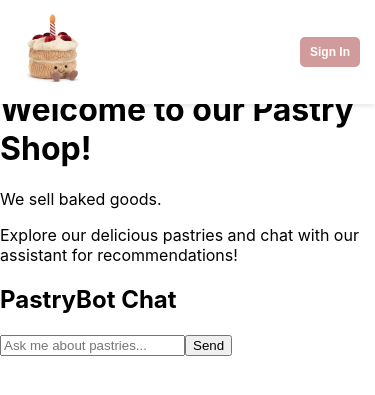
Repository: agrnerd17/Website-Chatbot
Page: / (app in pastry-chatbot/)
These files come from the project's save history. The page is drawn as it stood at one moment and after the next save; the edit follows.
The browser window is 375 px wide. The pictures show the whole page.
The project was rebuilt for these pictures with package versions that can differ from the ones it lists, and the page was loaded fresh each time. Also part of the build but not shown: pastry-chatbot/src/styles/Chatbot.css.

Above is the page before, as saved 2024-12-08 14:33:16.

After the next save:
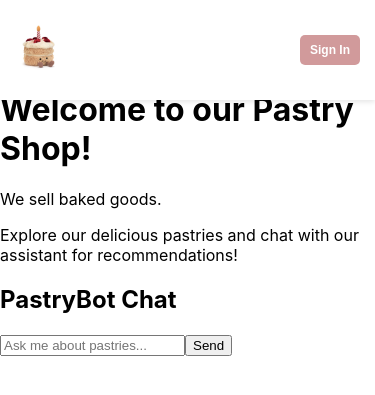
Saved 14 s later.
--- a/pastry-chatbot/src/styles/Navbar.css
+++ b/pastry-chatbot/src/styles/Navbar.css
@@ -90,7 +90,7 @@
     }
 
     .navbar-logo img {
-        height: 80px; /* Resize logo */
+        height: 50px; /* Resize logo */
         max-height: 80px;
         object-fit: contain; /* Scale the image */
     }
